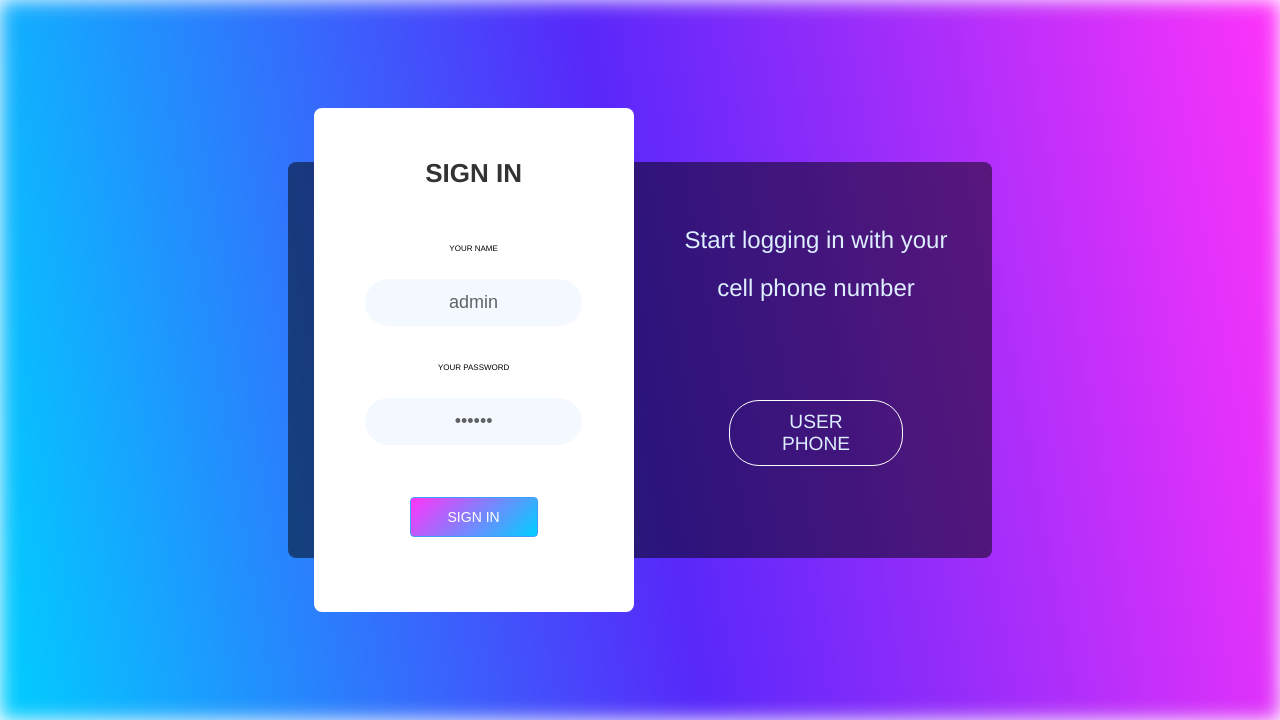
Repository: chunkpig/vue-admin
Page: /
These files come from the project's save history. The page is drawn as it stood at one moment and after the next save; the edit follows.
The browser window is 1280 px wide. The pictures show the whole page.
The project was rebuilt for these pictures with package versions that can differ from the ones it lists, and the page was loaded fresh each time. Also part of the build but not shown: vue.config.js.

Above is the page before, as saved 2020-12-07 09:45:47.

### public/index.html
<!DOCTYPE html>
<html lang="en">
  <head>
    <meta charset="utf-8">
    <meta http-equiv="X-UA-Compatible" content="IE=edge">
    <meta name="renderer" content="webkit">
    <meta name="viewport" content="width=device-width, initial-scale=1, maximum-scale=1, user-scalable=no">
    <link rel="icon" href="<%= BASE_URL %>favicon.ico">
    <title><%= webpackConfig.name %></title>
  </head>
  <body>
    <div id="app"></div>
  </body>
</html>

### src/main.js
import Vue from "vue";
import App from "./App.vue";
import router from "./router";
import store from "./store";

import Element from 'element-ui'
import 'element-ui/lib/theme-chalk/index.css';
import '@/styles/index.scss'
import './icons'
Vue.config.productionTip = false;
Vue.use(Element)
// Vue.use(Element, {
//   size: Cookies.get('size') || 'medium', // set element-ui default size
//   locale: enLang // 如果使用中文，无需设置，请删除
// })
new Vue({
  router,
  store,
  render: h => h(App)
}).$mount("#app");

### src/router/index.js
import Vue from "vue";
import VueRouter from "vue-router";
import Login from '../views/login/index.vue'
Vue.use(VueRouter);

const routes = [
  {
    path: "/",
    name: "Login",
    component: Login
  },
];

const router = new VueRouter({
  routes
});

export default router;

### src/styles/index.scss
body {
    height: 100%;
    margin: 0;
    -moz-osx-font-smoothing: grayscale;
    -webkit-font-smoothing: antialiased;
    text-rendering: optimizeLegibility;
    font-family: Helvetica Neue, Helvetica, PingFang SC, Hiragino Sans GB, Microsoft YaHei, Arial, sans-serif;
}

html {
    height: 100%;
    box-sizing: border-box;
}

#app {
    height: 100%;
}

### src/icons/index.js
import Vue from 'vue'
import SvgIcon from '@/components/SvgIcon'// svg component

// register globally
Vue.component('svg-icon', SvgIcon)

const req = require.context('./svg', false, /\.svg$/)
const requireAll = requireContext => requireContext.keys().map(requireContext)
requireAll(req)

### src/views/login/index.vue
<!--  -->
<template>
<div id='Login'>
    <div class="login-bg"></div>
    <div class="login-conbg" :class="animconbgShow?'leftanimconbg':'rightanimconbg'">
        <sing-up v-show="!animconbgShow" class='sign-conbg' :class="animconbgShow?'animsign':''" />
        <user-phont v-show="animconbgShow" class='sign-conbg' :class="animconbgShow?'':'animsign'" />
    </div>
    <div class="login-container">
        <!-- <transition name="animcontainer"> -->
        <div class="container" :class="animconbgShow?'':'animcontainer'">
                <p class="p-container">Log in with your account password</p>
                <div class="button-container" @click="animconbgShow =!animconbgShow">
                    SIGN IN
                </div>

        </div>
         <!-- </transition> -->
         <!-- <transition name="animcontainer"> -->
        <div class="container" :class="animconbgShow?'animcontainer':''" >
                <p class="p-container">Start logging in with your cell phone number</p>
                <div class="button-container" @click="animconbgShow =!animconbgShow">
                    USER PHONE
                </div>

        </div>
        <!-- </transition> -->
    </div>

</div>
</template>

<script>
//这里可以导入其他文件（比如：组件，工具js，第三方插件js，json文件，图片文件等等）
//例如：import 《组件名称》 from '《组件路径》';
import SingUp from './components/singup'
import UserPhont from './components/UserPhont'
export default {
//name放入模板名,方便在其他地方引用
name: '',
//import引入的组件需要注入到对象中才能使用
components: {SingUp,UserPhont},
data() {
//这里存放数据
return {
    animconbgShow:false
};
},
//监听属性 类似于data概念
computed: {

},
//生命周期 - 创建完成（可以访问当前this实例）
created() {

},
//生命周期 - 挂载完成（可以访问DOM元素）
mounted() {

},
//方法集合
methods: {

},
//监控data中的数据变化
watch: {

},
//如果页面有keep-alive缓存功能，这个函数会触发
activated() {

},
}
</script>
<style lang="scss" scoped>
$bg:rgba(0,0,0,0.5);
$conbg:rgba(255,255,255,1);
$clortext:#def;
$cursor: #333;
#Login{
    position: relative;
    width: 100%;
    height: 100%;
    overflow: hidden;
    .login-bg{
        width: 100%;
        height: 100%;
        background: linear-gradient(80deg,#00CFFF,#5828FA,#FF34FA);
        filter: blur(10px);
        z-index: -1;
    }
    .login-conbg{
        position: absolute;
        top: 50%;
        left: 37%;
        width: 400px;
        height: 550px;
        max-width: 25%;
        max-height: 70%;
        display: flex;
        align-items: center;
        justify-content: center;
        transform: translate(-50%,-50%);
        background: $conbg;
        backdrop-filter: blur(10px);
        border-radius: 8px;
        z-index: 1;
        transition:transform 1s ease-out;
        overflow: hidden;
        .sign-conbg{
            transition: opacity 1s ease-in-out;
        }
        .animsign{
            opacity: 0;
        }

    }
    .login-container{
        position: absolute;
        top: 50%;
        left: 50%;
        transform: translate(-50%,-50%);
        width: 1000px;
        height: 500px;
        max-width: 55%;
        max-height: 55%;
        display: flex;
        justify-content: space-around;
        // align-items: center;
        background: $bg;
        border-radius: 8px;
        z-index: 0;
        .container{
            width:350px;
            max-width: 45%;
            padding: 30px;
            color: $clortext;
            overflow: hidden;
            // opacity: 1;
            transition: opacity 1s ease-out;
            .p-container{
                font-size: 1.5rem;
                text-align: center;
                line-height: 3rem;
                // padding: 0 10px;
            }
            .button-container{
                width: 42%;
                margin: 30% auto 0;
                padding: 10px 25px;
                text-align: center;
                border-radius: 30px;
                font-size: 1.2rem;
                border: 1px solid #fff;
                // border-image: linear-gradient(#00CFFF, #FF34FA) 20 20;
                cursor: pointer;
            }
        }
        .animcontainer{
            opacity: 0;
        }
    }
    .leftanimconbg{
         transform: translate(55%,-50%);
    }
    .rightanimconbg{
         transform: translate(-50%,-50%);
    }
   .animcontainer-enter-active, .animcontainer-leave-active {
        // opacity: 1;
        // transition: opacity 1s;
         transition:opacity 3s ease-out;
    }
    .animcontainer-enter, .animcontainer-leave-to /* .fade-leave-active below version 2.1.8 */ {

        // transition: all 1s;
         opacity: 0;
    }
}
</style>

### src/components/SvgIcon/index.vue
<template>
  <svg :class="svgClass" aria-hidden="true" v-on="$listeners">
    <use :xlink:href="iconName" />
  </svg>
</template>

<script>
export default {
  name: 'SvgIcon',
  props: {
    iconClass: {
      type: String,
      required: true
    },
    className: {
      type: String,
      default: ''
    }
  },
  computed: {
    iconName() {
      return `#icon-${this.iconClass}`
    },
    svgClass() {
      if (this.className) {
        return 'svg-icon ' + this.className
      } else {
        return 'svg-icon'
      }
    }
  }
}
</script>

<style scoped>
.svg-icon {
  width: 1em;
  height: 1em;
  vertical-align: -0.15em;
  fill: currentColor;
  overflow: hidden;
}

.svg-external-icon {
  background-color: currentColor;
  mask-size: cover!important;
  display: inline-block;
}
</style>

### src/views/login/components/singup.vue
<template>
        <el-form ref="loginForm" :model="loginForm" :rules="loginRules" class="login-account" autocomplete="on" label-position="left">
            <div class="title-account">
                <h3 class="title">SIGN IN</h3>
            </div>
            <el-form-item prop="username" class="form-elitem">
                <span class="form-span">YOUR NAME</span>
                <el-input
                    ref="username"
                    v-model="loginForm.username"
                    placeholder="Username"
                    name="username"
                    type="text"
                    tabindex="1"
                    size='mini'
                    autocomplete="on"
                />
            </el-form-item>
            <el-form-item prop="password" class="form-elitem">
                 <span class="form-span">YOUR PASSWORD</span>
                <el-input
                    :key="passwordType"
                    ref="password"
                    v-model="loginForm.password"
                    :type="passwordType"
                    placeholder="Password"
                    name="password"
                    tabindex="2"
                    autocomplete="on"
                    @keyup.enter.native="handleLogin"
                />
                <span class="show-pwd" @click="showPwd">
                    <svg-icon :icon-class="passwordType === 'password' ? 'eye' : 'eye-open'" />
                </span>
            </el-form-item>
            <el-button :loading="loading" type="primary" class="form-buttom"  @click.native.prevent="handleLogin">SIGN IN</el-button>
        </el-form>
</template>
<script>
export default {
    data(){
        return {
            loginForm:{
                username: "admin",
                password: '111111'
            },
            loginRules: {
                // username: [ { required: true, trigger: 'blur', validator: validateUsername }],
                // password: [{ required: true, trigger: 'blur', validator: validatePassword }]
            },
            passwordType: 'password',
            loading: false,
        }
    },
    methods:{
        showPwd(){
            if (this.passwordType === 'password') {
                this.passwordType = ''
            } else {
                this.passwordType = 'password'
            }
            this.$nextTick(() => {
                this.$refs.password.focus()
            })
        },
        handleLogin(){

        }
    }

}
</script>
<style lang="scss" scoped>
$light_gray:#333;
$dark_gray:#889aa4;
.login-account{
        width: 80%;
        max-width: 100%;
        height: 80%;
        display: flex;
        flex-direction: column;
        align-items: center;
        box-sizing: border-box;
        overflow: hidden;
        .title-account {
            position: relative;
            .title {
                font-size: 26px;
                color: $light_gray;
                margin: 0px auto 40px auto;
                text-align: center;
                font-weight: bold;
            }
        }
        .show-pwd {
            position: absolute;
            right: 10px;
            top: 55px;
            font-size: 16px;
            color: $dark_gray;
            cursor: pointer;
            user-select: none;
        }
        .form-span{
            display: inherit;
            font-size: 0.5rem;
            text-align: center;
            margin: 0 auto 10px;
        }
        .form-buttom{
            width:50%;
            margin:30px auto;
            background: linear-gradient(-45deg,#00CFFF,#FF34FA);
            &:hover{
                background: linear-gradient(45deg,#00CFFF,#FF34FA);
            }
        }

}
</style>
<style lang="scss">
.login-account{
    .form-elitem{
        width: 85%;
        .el-input__inner{
            background: #F4F9FF;
            width: 100%;
            height: 47px;
            font-size: 18px;
            border-radius: 30px;
            padding: 12px 0px;
            text-align: center;
                // background: transparent;
                border: unset;
        }
        .el-input.is-active .el-input__inner, .el-input__inner:focus{
            background: #fff;
            box-shadow: 0 0 4px #345;
        }

    }
}
</style>

### src/views/login/components/UserPhont.vue
<template>
        <el-form ref="loginForm" :model="loginForm" :rules="loginRules" class="login-userphont" autocomplete="on" label-position="left">
            <div class="title-account">
                <h3 class="title">USER PHONE</h3>
            </div>
            <el-form-item prop="username" class="form-elitem">
                <span class="form-span">YOUR PHONE</span>
                <el-input
                    ref="username"
                    v-model="loginForm.userphone"
                    placeholder="UserPhone"
                    name="phone"
                    type="text"
                    tabindex="1"
                    size='mini'
                    autocomplete="on"
                />
            </el-form-item>
            <el-form-item prop="password" class="form-elitem getcode">
                 <span class="form-span">GET CODE</span>
                 <el-input
                    ref="username"
                    v-model="loginForm.usercode"
                    placeholder="usercode"
                    name="phone"
                    type="text"
                    tabindex="1"
                    size='mini'
                    @change="infocode"
                    autocomplete="on"
                />
                <span class="show-code" :style="codeloding?'background: #F4F9FF':''" @click="showPwd">
                    获取验证码
                </span>
            </el-form-item>
            <el-button :loading="loading" type="primary" class="form-buttom"   @click.native.prevent="handleLogin">LOG IN</el-button>
        </el-form>
</template>
<script>
export default {
    data(){
        return {
            loginForm:{
                userphone: "",
                usercode: ''
            },
            loginRules: {
                // username: [ { required: true, trigger: 'blur', validator: validateUsername }],
                // password: [{ required: true, trigger: 'blur', validator: validatePassword }]
            },
            passwordType: 'password',
            loading: false,
            codeloding:false
        }
    },
    methods:{
        showPwd(){
            // this.$nextTick(() => {
                // console.log(this.codeloding)
                // this.codeloding = !this.codeloding
            // })
        },
        infocode(){
            this.codeloding = !this.codeloding
        },
        handleLogin(){

        }
    }

}
</script>
<style lang="scss" scoped>
$light_gray:#333;
$dark_gray:#889aa4;
.login-userphont{
        width: 80%;
        max-width: 100%;
        height: 80%;
        display: flex;
        flex-direction: column;
        align-items: center;
        box-sizing: border-box;
        overflow: hidden;
        .title-account {
            position: relative;
            .title {
                font-size: 26px;
                color: $light_gray;
                margin: 0px auto 40px auto;
                text-align: center;
                font-weight: bold;
            }
        }
        .show-code{
            position: absolute;
            right: 0px;
            top: 50px;
            height: 27px;
            font-size: 16px;
            color: $dark_gray;
            cursor: pointer;
            user-select: none;
            background: #fff;
            box-shadow: 0 0 4px #345;
            line-height: 27px;
            padding: 10px;
        }
        .form-span{
            display: inherit;
            font-size: 0.5rem;
            text-align: center;
            margin: 0 auto 10px;
        }
        .form-buttom{
            width:50%;
            margin:30px auto;
            background: linear-gradient(-45deg,#00CFFF,#FF34FA);
            &:hover{
                background: linear-gradient(45deg,#00CFFF,#FF34FA);
            }
        }

}
</style>
<style lang="scss">
.login-userphont{
    .form-elitem{
        width: 85%;
        .el-input__inner{
            background: #F4F9FF;
            width: 100%;
            height: 47px;
            font-size: 18px;
            // border-radius: 30px;
            padding: 12px 0px;
            text-align: center;
                // background: transparent;
                border: unset;
        }
        .el-input.is-active .el-input__inner, .el-input__inner:focus{
            background: #fff;
            box-shadow: 0 0 4px #345;
        }

    }
    .getcode{
        .el-input__inner{
            padding-right: 37% !important;
        }
    }
}

</style>

Loaded but not shown: src/App.vue (common file); src/store/index.js (common file)

After the next save:
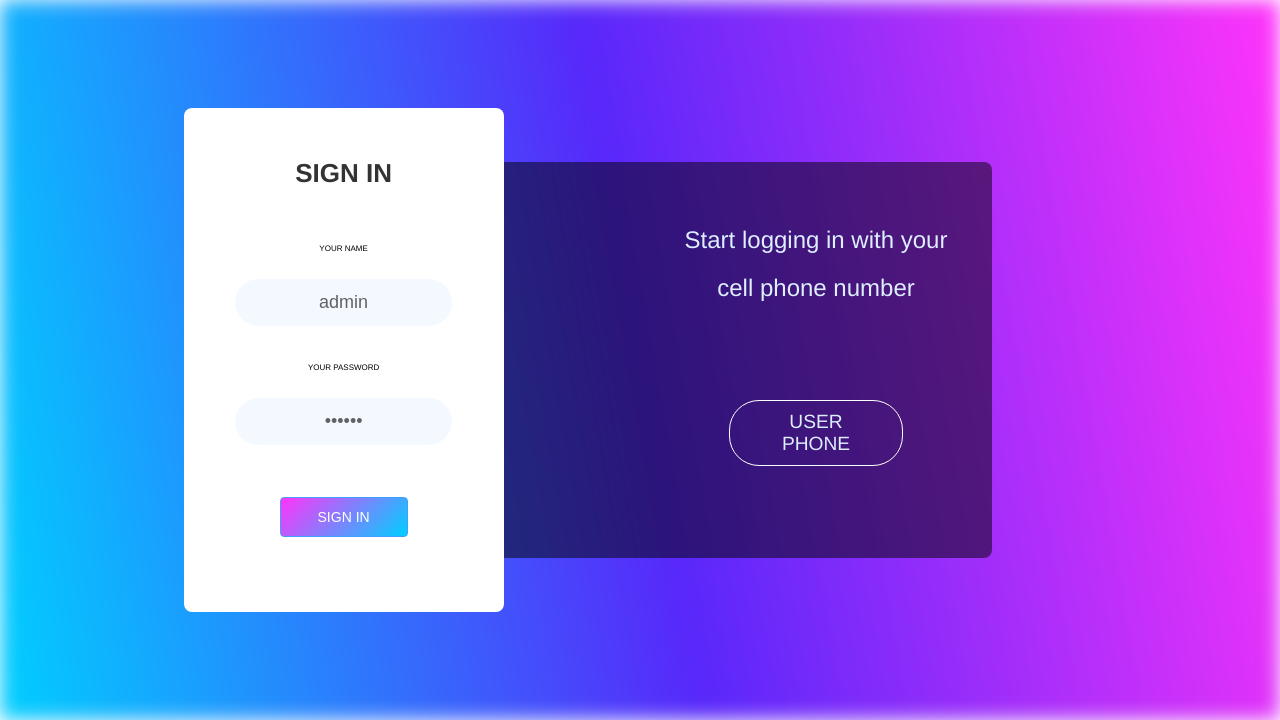
Saved 8 min 8 s later.
--- a/src/views/login/index.vue
+++ b/src/views/login/index.vue
@@ -161,10 +161,10 @@ $cursor: #333;
         }
     }
     .leftanimconbg{
-         transform: translate(55%,-50%);
+         transform: translate(250px,-50%);
     }
     .rightanimconbg{
-         transform: translate(-50%,-50%);
+         transform: translate(-290px,-50%);
     }
    .animcontainer-enter-active, .animcontainer-leave-active {
         // opacity: 1;
